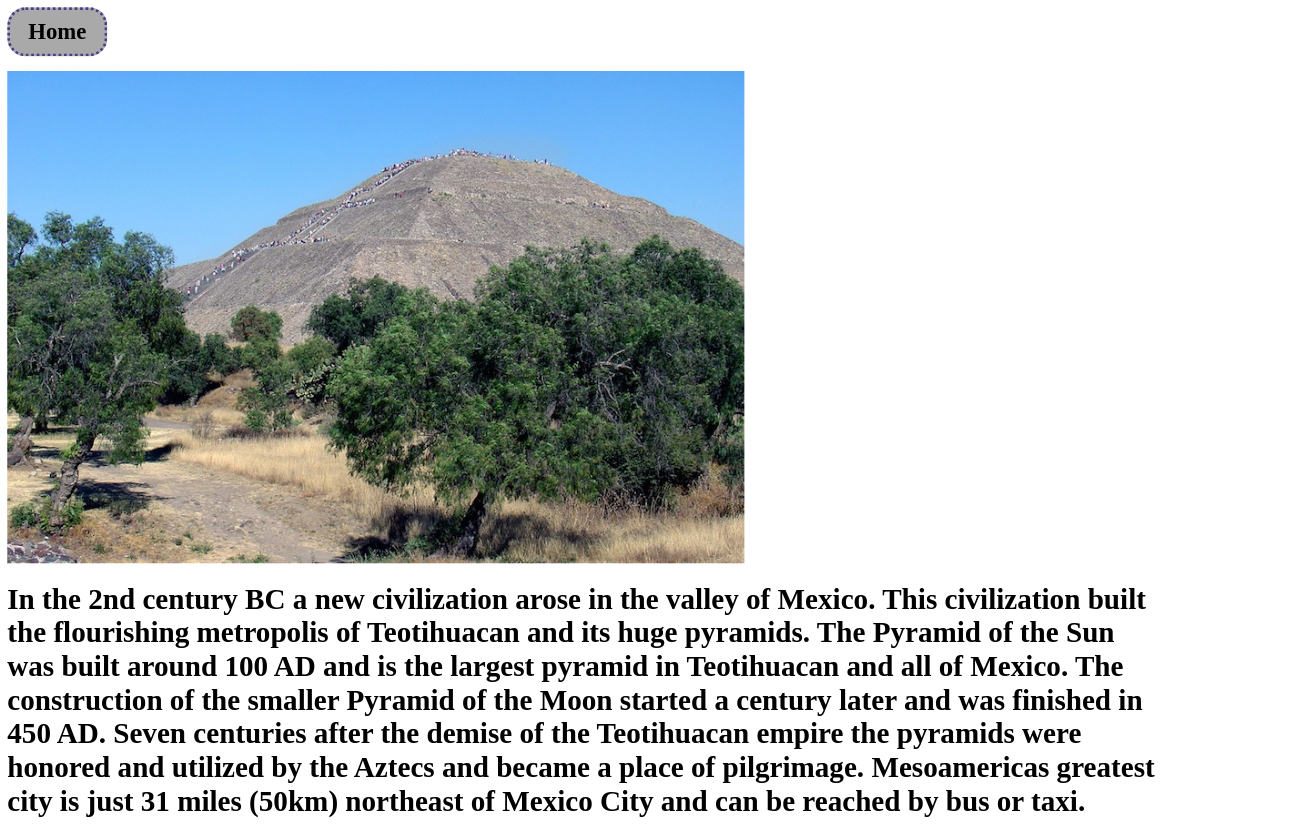
Repository: DamianKryzia/DamianKryzia.github.io
Page: Damian's Website/teotihuacan.html
The author's editor kept a record of every edit. The page is drawn from the files as they stood at one moment, then again after the next edit.
The browser window is 1280 px wide. The page is 1280 px wide, then 1438 px, so the pictures cover 1438 px, including what lies to the right of the window. The pictures show the whole page, at 91% of full size.

Above is the page before.

After the next edit:
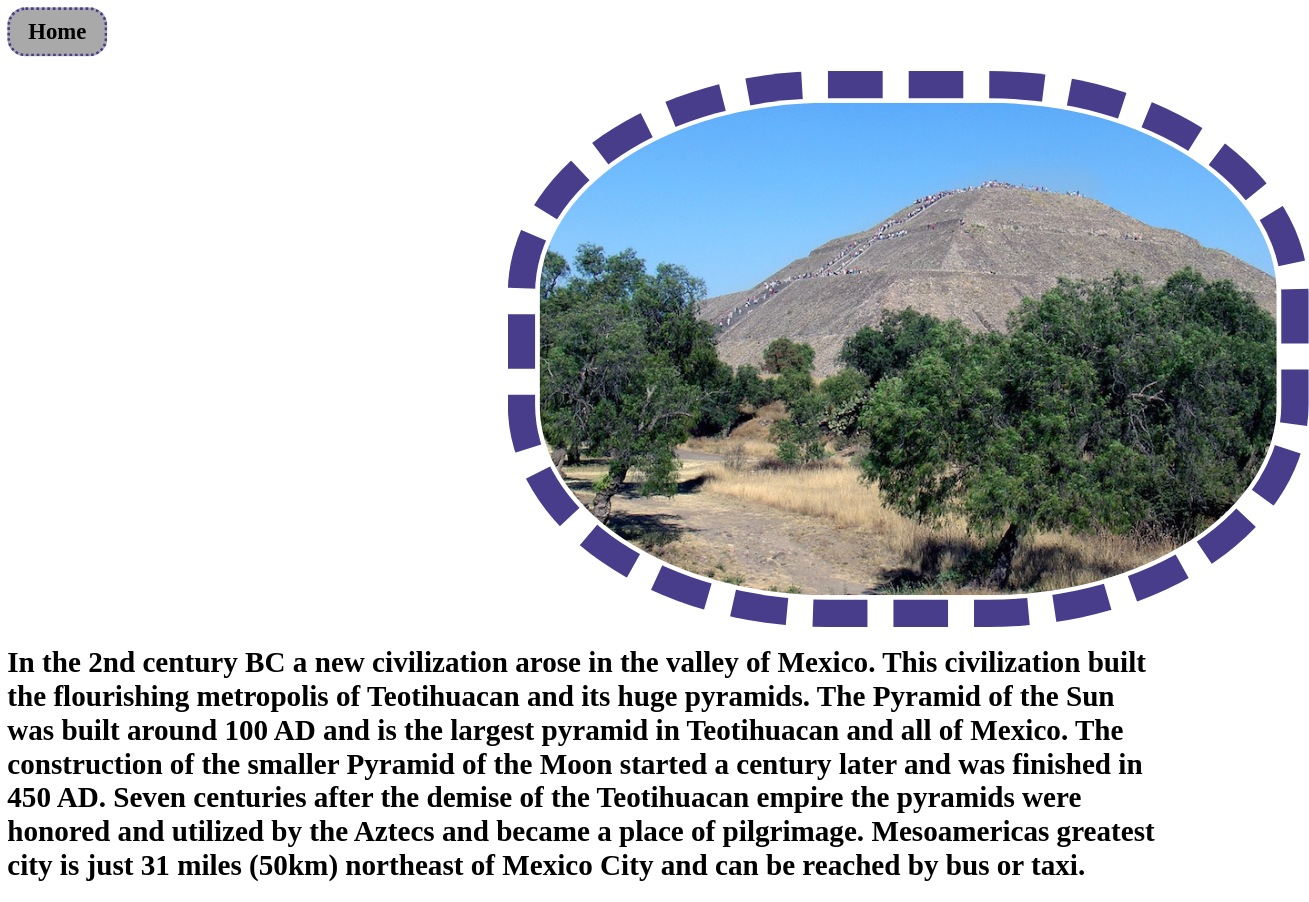
The edit:
--- a/Damian's Website/teotihuacan.html
+++ b/Damian's Website/teotihuacan.html
@@ -20,5 +20,13 @@
             border:dotted;
             border-color:#483D8B;
         }
+        img{
+            padding:5px 5px 5px 5px;
+            border-radius: 40%;
+            margin-left:550px;
+            border-style:dashed;
+            border-width:30px;
+            border-color:#483D8B;
+        }
     </style>
 </html>
